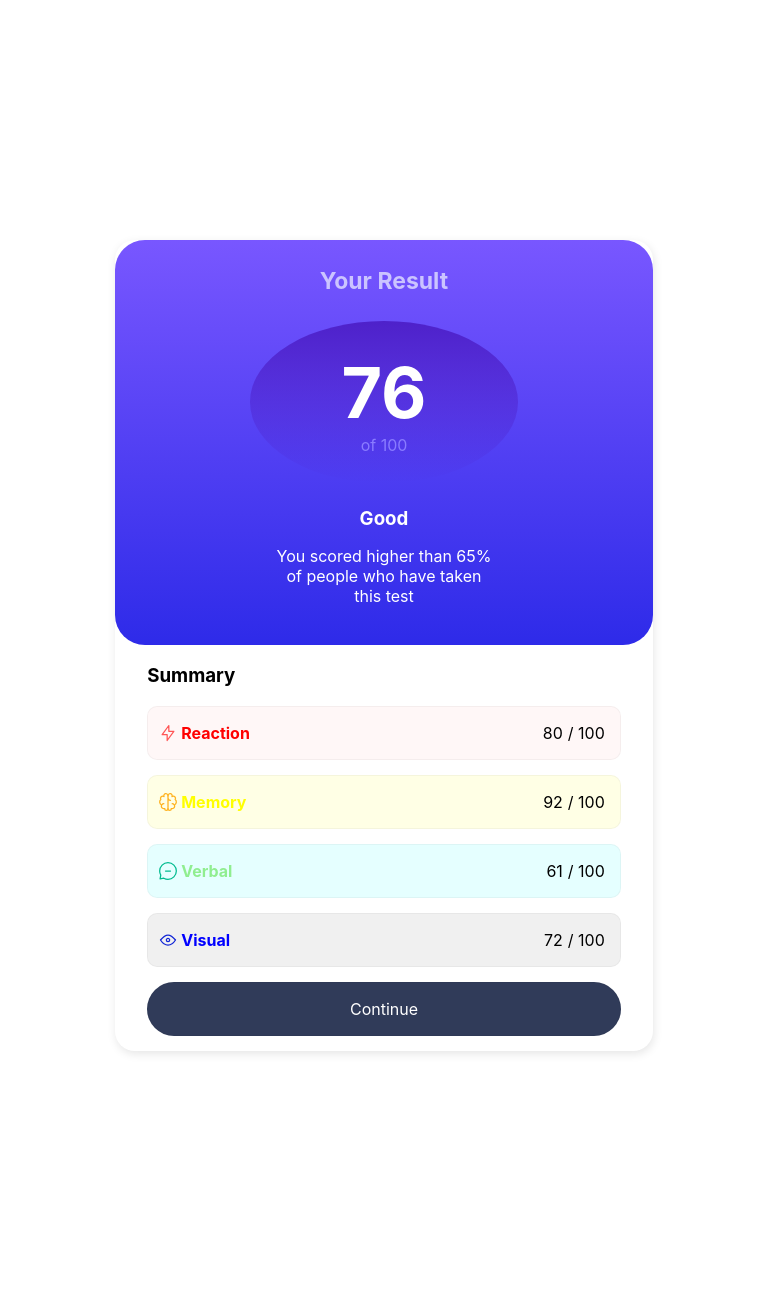
Repository: JeanPaulBassil/Result-Summary-Design
Page: /
The author's editor kept a copy of each file at every save. The page is drawn from the files as they stood at one save, then again after the next save.
The browser window is 768 px wide. The pictures show the whole page.
The project was rebuilt for these pictures with package versions that can differ from the ones it lists, and the page was loaded fresh each time.

Above is the page before, as saved 2023-02-24 18:36:09.

After the next save:
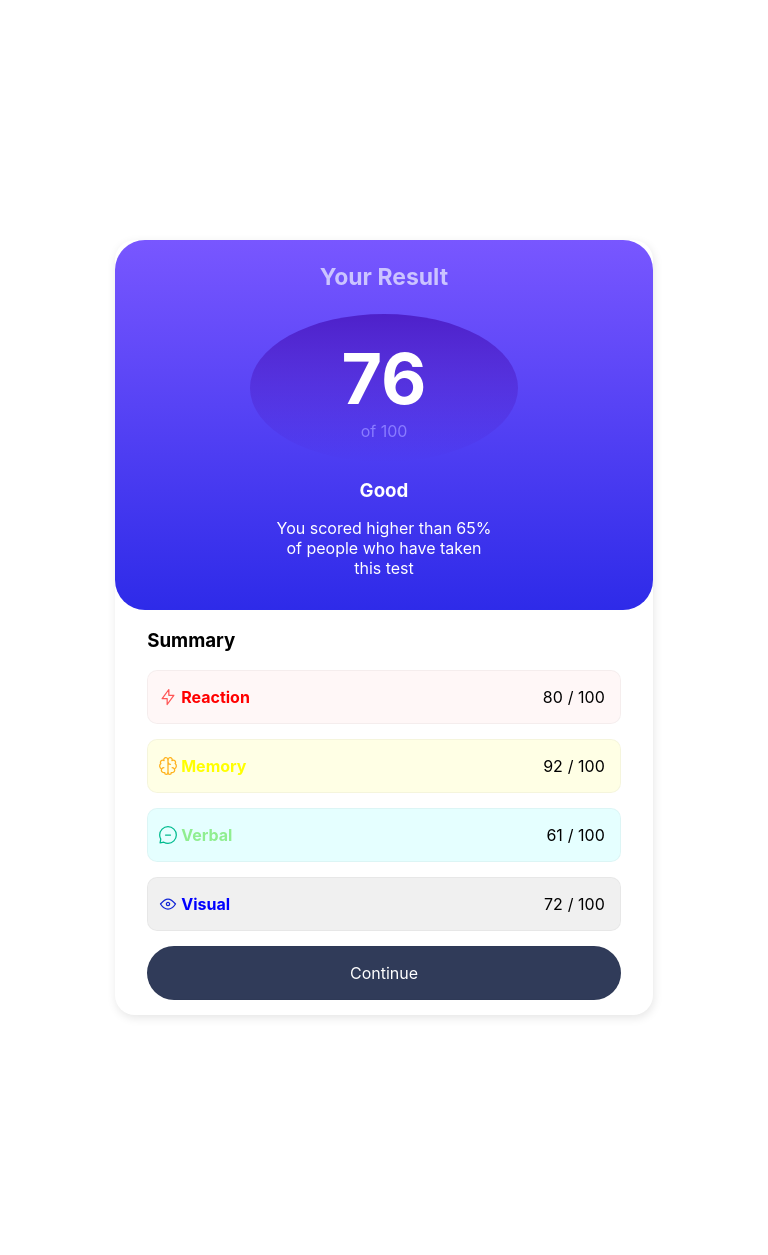
Saved 16 s later.
--- a/src/index.css
+++ b/src/index.css
@@ -35,7 +35,7 @@ code {
 
 @media (max-width: 840px){
   .app {
-    grid-template-columns: 1fr;
-    grid-template-rows: 1fr 1fr;
+    display: flex;
+    flex-direction: column;
   }
 }
